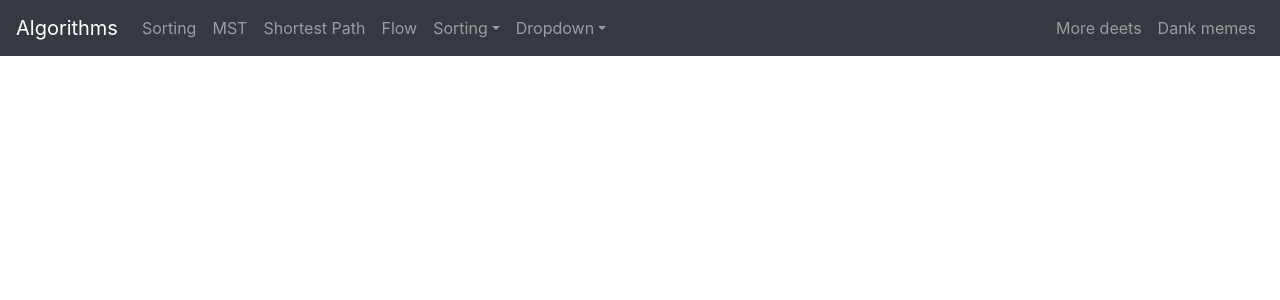
Repository: dkasima1/Algorithm-Visualizations
Page: /
These files come from the project's save history. The page is drawn as it stood at one moment and after the next save; the edit follows.
The browser window is 1280 px wide. The pictures show the whole page.
The project was rebuilt for these pictures with package versions that can differ from the ones it lists, and the page was loaded fresh each time.

Above is the page before, as saved 2020-06-22 13:19:59.

### src/App.js
import React from 'react';
import { BrowserRouter as Router, Route, Switch } from 'react-router-dom';
import NavigationBar from './components/NavigationBar'
import 'bootstrap/dist/css/bootstrap.min.css';

function App() {
  return (
    <NavigationBar />
  );
}

export default App;

### src/components/NavigationBar.js
import React from 'react';
import { Navbar, Nav, NavDropdown} from 'react-bootstrap';

function NavigationBar() {
    return (
        <div>
            <Navbar collapseOnSelect expand="lg" bg="dark" variant="dark">
                <Navbar.Brand href="#home">Algorithms</Navbar.Brand>
                <Navbar.Toggle aria-controls="responsive-navbar-nav" />
                <Navbar.Collapse id="responsive-navbar-nav">
                    <Nav className="mr-auto">
                    <Nav.Link href="#features">Sorting</Nav.Link>
                    <Nav.Link href="#pricing">MST</Nav.Link>
                    <Nav.Link href="#pricing">Shortest Path</Nav.Link>
                    <Nav.Link href="#pricing">Flow</Nav.Link>
                    <NavDropdown title="Sorting" id="collasible-nav-dropdown">
                        <NavDropdown.Item href="#action/3.1">Bubble Sort</NavDropdown.Item>
                        <NavDropdown.Item href="#action/3.2">Selection Sort</NavDropdown.Item>
                        <NavDropdown.Item href="#action/3.3">Insertion Sort</NavDropdown.Item>
                        <NavDropdown.Divider />
                        <NavDropdown.Item href="#action/3.4">Merge Sort</NavDropdown.Item>
                        <NavDropdown.Item href="#action/3.3">Quick Sort</NavDropdown.Item>
                    </NavDropdown>
                    <NavDropdown title="Dropdown" id="collasible-nav-dropdown">
                        <NavDropdown.Item href="#action/3.1">Action</NavDropdown.Item>
                        <NavDropdown.Item href="#action/3.2">Another action</NavDropdown.Item>
                        <NavDropdown.Item href="#action/3.3">Something</NavDropdown.Item>
                        <NavDropdown.Divider />
                        <NavDropdown.Item href="#action/3.4">Separated link</NavDropdown.Item>
                    </NavDropdown>
                    </Nav>
                    <Nav>
                    <Nav.Link href="#deets">More deets</Nav.Link>
                    <Nav.Link eventKey={2} href="#memes">
                        Dank memes
                    </Nav.Link>
                    </Nav>
                </Navbar.Collapse>
            </Navbar>
        </div>
    )
}

export default NavigationBar;

Loaded but not shown: public/index.html (common file); src/index.js (common file); src/index.css (common file); src/serviceWorker.js (common file)

After the next save:
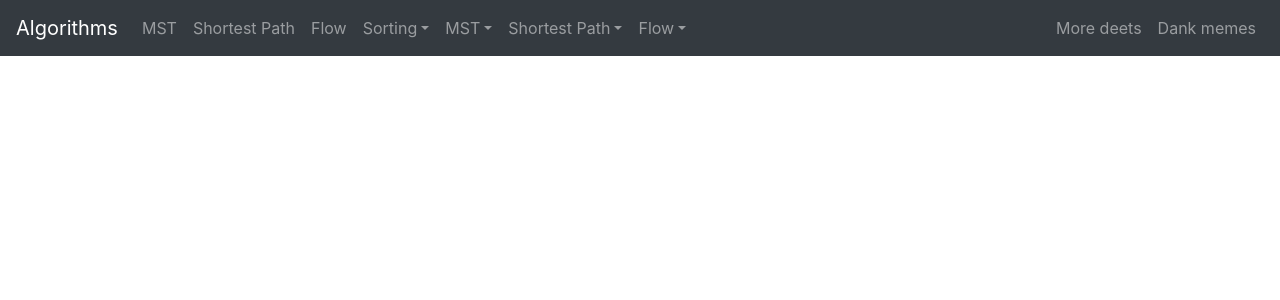
Saved 3 min 41 s later.
--- a/src/components/NavigationBar.js
+++ b/src/components/NavigationBar.js
@@ -9,7 +9,6 @@ function NavigationBar() {
                 <Navbar.Toggle aria-controls="responsive-navbar-nav" />
                 <Navbar.Collapse id="responsive-navbar-nav">
                     <Nav className="mr-auto">
-                    <Nav.Link href="#features">Sorting</Nav.Link>
                     <Nav.Link href="#pricing">MST</Nav.Link>
                     <Nav.Link href="#pricing">Shortest Path</Nav.Link>
                     <Nav.Link href="#pricing">Flow</Nav.Link>
@@ -21,12 +20,15 @@ function NavigationBar() {
                         <NavDropdown.Item href="#action/3.4">Merge Sort</NavDropdown.Item>
                         <NavDropdown.Item href="#action/3.3">Quick Sort</NavDropdown.Item>
                     </NavDropdown>
-                    <NavDropdown title="Dropdown" id="collasible-nav-dropdown">
-                        <NavDropdown.Item href="#action/3.1">Action</NavDropdown.Item>
-                        <NavDropdown.Item href="#action/3.2">Another action</NavDropdown.Item>
-                        <NavDropdown.Item href="#action/3.3">Something</NavDropdown.Item>
-                        <NavDropdown.Divider />
-                        <NavDropdown.Item href="#action/3.4">Separated link</NavDropdown.Item>
+                    <NavDropdown title="MST" id="collasible-nav-dropdown">
+                        <NavDropdown.Item href="#action/3.1">Prim's</NavDropdown.Item>
+                        <NavDropdown.Item href="#action/3.2">Kruskal's</NavDropdown.Item>
+                    </NavDropdown>
+                    <NavDropdown title="Shortest Path" id="collasible-nav-dropdown">
+                        <NavDropdown.Item href="#action/3.1">Dijkstra's</NavDropdown.Item>
+                    </NavDropdown>
+                    <NavDropdown title="Flow" id="collasible-nav-dropdown">
+                        <NavDropdown.Item href="#action/3.1">Ford Fulkurson</NavDropdown.Item>
                     </NavDropdown>
                     </Nav>
                     <Nav>
